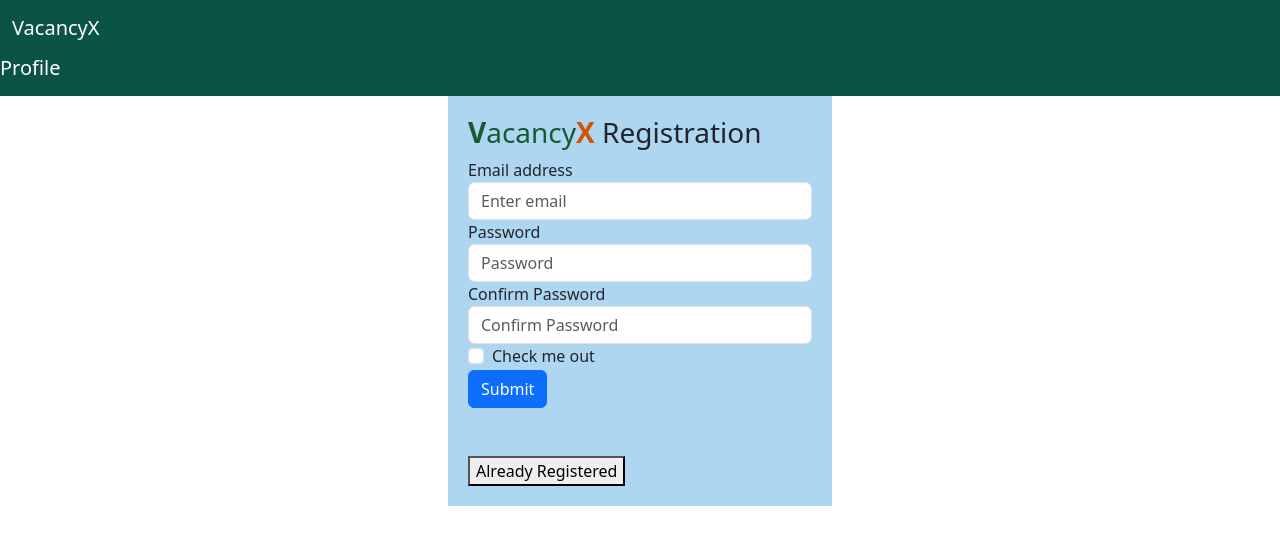
Repository: zipArk99/Vacancy-portal-serv
Page: http://localhost/VacancyPortal/
These files come from the project's save history. The page is drawn as it stood at one moment and after the next save; the edit follows.
The browser window is 1280 px wide. The pictures show the whole page.
The page is served by Tomcat 9.

Above is the page before, as saved 2024-08-20 09:27:28.

After the next save:
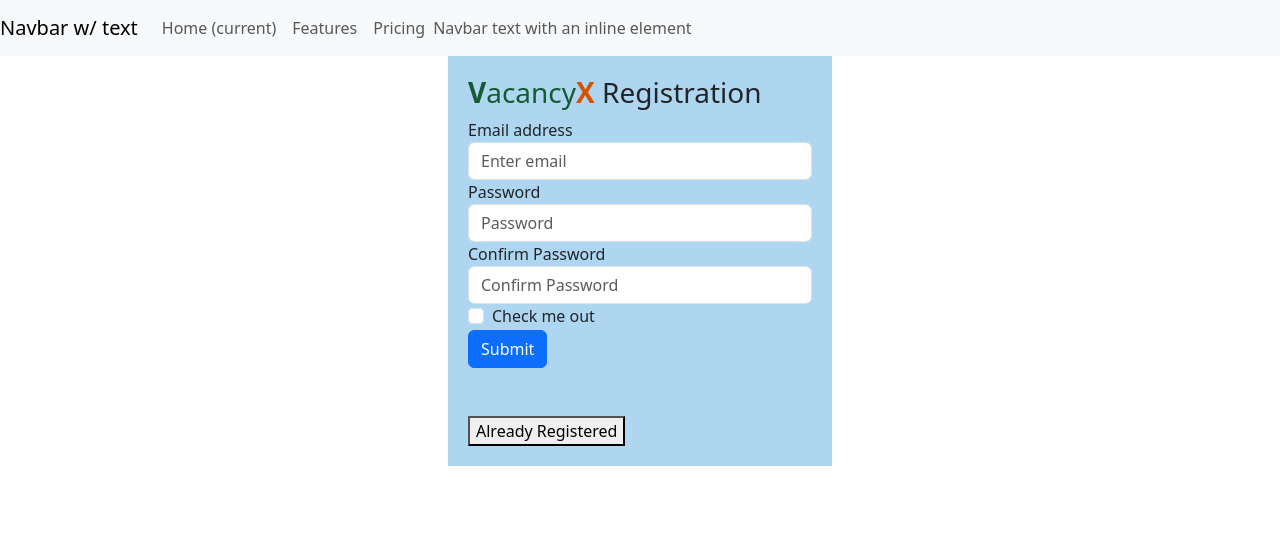
Saved 76 s later.
--- a/VacancyPortal/src/main/webapp/header.jsp
+++ b/VacancyPortal/src/main/webapp/header.jsp
@@ -10,14 +10,27 @@
   </head>
 <body>
 
-<nav class="navbar navbar-dark" style="background-color: #0b5345">
-  <div class="container-fluid">
-    <a class="navbar-brand" href="#">
-      VacancyX
-    </a>
-
+<nav class="navbar navbar-expand-lg navbar-light bg-light">
+  <a class="navbar-brand" href="#">Navbar w/ text</a>
+  <button class="navbar-toggler" type="button" data-toggle="collapse" data-target="#navbarText" aria-controls="navbarText" aria-expanded="false" aria-label="Toggle navigation">
+    <span class="navbar-toggler-icon"></span>
+  </button>
+  <div class="collapse navbar-collapse" id="navbarText">
+    <ul class="navbar-nav mr-auto">
+      <li class="nav-item active">
+        <a class="nav-link" href="#">Home <span class="sr-only">(current)</span></a>
+      </li>
+      <li class="nav-item">
+        <a class="nav-link" href="#">Features</a>
+      </li>
+      <li class="nav-item">
+        <a class="nav-link" href="#">Pricing</a>
+      </li>
+    </ul>
+    <span class="navbar-text">
+      Navbar text with an inline element
+    </span>
   </div>
-   <a class="navbar-brand" href="#">Profile</a>
 </nav>
 </body>
 </html>
